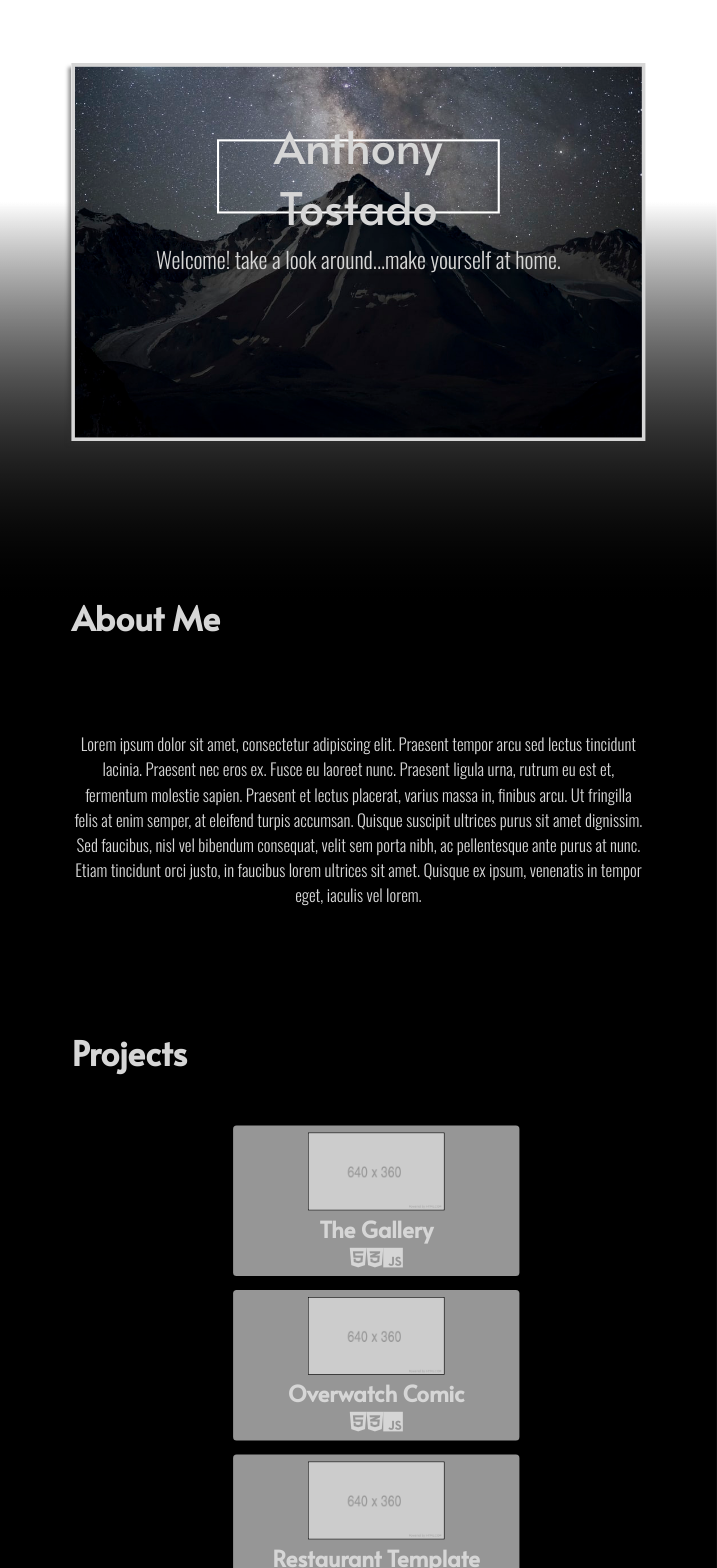
Repository: sloppytony/newport
Page: / (app in portfolio/)
The author's editor kept a copy of each file at every save. The page is drawn from the files as they stood at one save, then again after the next save.
The browser window is 1024 px wide. The pictures show the part of the page from y = 0 to 2240 px (the page is 2880 px tall before and 2755 px after), at 70% of full size.
Some web libraries are served in a nearby version. The project was rebuilt for these pictures with package versions that can differ from the ones it lists, and the page was loaded fresh each time. Also part of the build but not shown: portfolio/src/index.css.

Above is the page before, as saved 2020-08-23 19:55:28.

### portfolio/public/index.html
<!DOCTYPE html>
<html lang="en">
  <head>
    <meta charset="utf-8" />
    <link rel="icon" href="%PUBLIC_URL%/favicon.ico" />
    <meta name="viewport" content="width=device-width, initial-scale=1" />
    <meta name="theme-color" content="#000000" />
    <meta
      name="description"
      content="Web site created using create-react-app"
    />
    <link rel="apple-touch-icon" href="%PUBLIC_URL%/logo192.png" />
    <!--
      manifest.json provides metadata used when your web app is installed on a
      user's mobile device or desktop. See https://developers.google.com/web/fundamentals/web-app-manifest/
    -->
    <link rel="manifest" href="%PUBLIC_URL%/manifest.json" />
    <!--
      Notice the use of %PUBLIC_URL% in the tags above.
      It will be replaced with the URL of the `public` folder during the build.
      Only files inside the `public` folder can be referenced from the HTML.

      Unlike "/favicon.ico" or "favicon.ico", "%PUBLIC_URL%/favicon.ico" will
      work correctly both with client-side routing and a non-root public URL.
      Learn how to configure a non-root public URL by running `npm run build`.
    -->
    <link
      href="https://fonts.googleapis.com/css2?family=Alata&family=Oswald:wght@300&display=swap"
      rel="stylesheet"
    />
    <script
      src="https://kit.fontawesome.com/9a01f23326.js"
      crossorigin="anonymous"
    ></script>
    <title>React App</title>
  </head>
  <body>
    <noscript>You need to enable JavaScript to run this app.</noscript>
    <div id="root"></div>
    <!--
      This HTML file is a template.
      If you open it directly in the browser, you will see an empty page.

      You can add webfonts, meta tags, or analytics to this file.
      The build step will place the bundled scripts into the <body> tag.

      To begin the development, run `npm start` or `yarn start`.
      To create a production bundle, use `npm run build` or `yarn build`.
    -->
  </body>
</html>

### portfolio/src/App.js
import React from "react";

import "./App.css";

function App() {
  return (
    <body>
      <div className="section1">
        <div className="section1-container">
          <h1 className="mainTitle">Anthony Tostado</h1>
          <p className="mainPara">
            Welcome! take a look around...make yourself at home.
          </p>
          <h2 className="scroll">Scroll</h2>
        </div>
      </div>
      <div className="section2">
        <h1 className="title">About Me</h1>
        <p className="aboutPara">
          Lorem ipsum dolor sit amet, consectetur adipiscing elit. Praesent
          tempor arcu sed lectus tincidunt lacinia. Praesent nec eros ex. Fusce
          eu laoreet nunc. Praesent ligula urna, rutrum eu est et, fermentum
          molestie sapien. Praesent et lectus placerat, varius massa in, finibus
          arcu. Ut fringilla felis at enim semper, at eleifend turpis accumsan.
          Quisque suscipit ultrices purus sit amet dignissim. Sed faucibus, nisl
          vel bibendum consequat, velit sem porta nibh, ac pellentesque ante
          purus at nunc. Etiam tincidunt orci justo, in faucibus lorem ultrices
          sit amet. Quisque ex ipsum, venenatis in tempor eget, iaculis vel
          lorem.{" "}
        </p>
      </div>
      <div className="section3">
        <h1 className="projectTitle">Projects</h1>
        <div className="projectContent">
          <div className="card1">
            <img
              className="cardImage"
              src={require("../src/img/640x360.png")}
            ></img>
            <h1 className="cardTitle">The Gallery</h1>
            <div className="icons">
              <i className="fab fa-html5 fa-2x"></i>
              <i className="fab fa-css3-alt fa-2x"></i>
              <i className="fab fa-js fa-2x"></i>
            </div>
          </div>
          <div className="card2">
            <img
              className="cardImage"
              src={require("../src/img/640x360.png")}
            ></img>
            <h1 className="cardTitle">Overwatch Comic</h1>
            <div className="icons">
              <i className="fab fa-html5 fa-2x"></i>
              <i className="fab fa-css3-alt fa-2x"></i>
              <i className="fab fa-js fa-2x"></i>
            </div>
          </div>
          <div className="card3">
            <img
              className="cardImage"
              src={require("../src/img/640x360.png")}
            ></img>
            <h1 className="cardTitle">Restaurant Template</h1>
            <div className="icons">
              <i className="fab fa-html5 fa-2x"></i>
              <i className="fab fa-css3-alt fa-2x"></i>
              <i className="fab fa-js fa-2x"></i>
            </div>
          </div>
        </div>
      </div>
      <div className="section4">
        <h1 className="contactTitle">Contact</h1>
        <div className="contactIcons">
          <i className="fas fa-envelope fa-3x">
            <h1 className="contact">anthonywebdev@protonmail.com</h1>
          </i>
          <i className="fab fa-github fa-3x">
            <h1 className="contact">Github</h1>
          </i>
        </div>
      </div>
    </body>
  );
}

export default App;

### portfolio/src/App.css
* {
  margin: 0;
  padding: 0;
  box-sizing: border-box;
}

body {
  background: linear-gradient(
    180deg,
    rgba(0, 0, 0, 0) 10%,
    rgba(0, 0, 0, 1) 30%
  );

  height: 400vh;
  width: 100%;
}

.image {
  width: 100%;
  height: 100%;
}

/*opening page*/
.section1 {
  height: 100vh;
  width: 100%;
  display: flex;
  justify-content: center;
  align-items: center;
  flex-direction: column;
}

div.section1-container {
  width: 80%;
  height: 75vh;
  background: url("./img/mountainspace.jfif");
  background-size: cover;
  background-position: bottom;
  display: flex;
  justify-content: center;
  align-items: center;
  flex-direction: column;
  box-shadow: -5px 5px 5px rgba(44, 44, 44, 0.5);
  border: 5px solid rgb(214, 214, 214);
}

.mainTitle {
  font-family: "Alata", sans-serif;
  font-weight: 100;
  font-size: 400%;
  display: flex;
  justify-content: center;
  align-items: center;
  text-align: center;
  color: rgb(214, 214, 214);

  animation: fadeIn 1.5s;
  border: 3px solid white;
  width: 50%;
  height: 20%;
}

.mainPara {
  font-family: "Oswald", sans-serif;
  font-size: 200%;
  display: flex;
  align-items: center;
  text-align: center;
  color: rgb(214, 214, 214);
  padding: 5%;
  text-shadow: -5px 5px 5px rgba(44, 44, 44, 0.5);
  animation: fadeIn 1.5s;
}

.scroll {
  font-family: "Oswald", sans-serif;
  font-size: 300%;
  padding-bottom: 2%;
  animation: pulse 2.5s infinite;
  color: rgb(214, 214, 214);
}

/*about*/
.section2 {
  height: 90vh;
  width: 100%;
  overflow: hidden;
  display: flex;
  align-items: center;
  justify-content: center;
  flex-direction: column;
  margin-bottom: 10%;
}

.title {
  height: 20vh;
  width: 80%;

  font-family: "Alata", sans-serif;
  font-size: 300%;
  color: rgb(214, 214, 214);
}

.projectTitle {
  height: 20vh;
  width: 80%;
  margin-top: 10%;
  font-family: "Alata", sans-serif;
  font-size: 300%;
  color: rgb(214, 214, 214);
}

.contactTitle {
  height: 20vh;
  width: 80%;
  margin-top: 10%;
  font-family: "Alata", sans-serif;
  font-size: 300%;
  color: rgb(214, 214, 214);
}

p.aboutPara {
  width: 80%;
  height: 20vh;
  text-align: center;
  margin: 5%;
  font-size: 150%;
  font-family: "Oswald", sans-serif;
  color: rgb(214, 214, 214);
}

/*projects*/
.section3 {
  height: 100vh;
  width: 100%;

  color: rgb(16, 130, 230);
  display: flex;
  justify-content: center;
  align-items: center;
  flex-direction: column;
}

div.projectContent {
  width: 100%;
  height: 99vh;
  display: flex;
  align-items: center;
  justify-content: center;
  flex-direction: column;
  margin-top: 5%;
}

div.card1 {
  height: 50%;
  width: 40%;
  display: flex;
  justify-content: center;
  align-items: center;
  flex-direction: column;
  background: rgb(214, 214, 214, 0.7);
  border-radius: 5px 5px 5px;
  margin-left: 5%;
  padding: 1%;
  margin-top: 2%;
}

div.card2 {
  height: 50%;
  width: 40%;
  display: flex;
  justify-content: center;
  align-items: center;
  flex-direction: column;
  background: rgb(214, 214, 214, 0.7);
  border-radius: 5px 5px 5px;
  margin-left: 5%;
  padding: 1%;
  margin-top: 2%;
}

div.card3 {
  height: 50%;
  width: 40%;
  display: flex;
  justify-content: center;
  align-items: center;
  flex-direction: column;
  background: rgb(214, 214, 214, 0.7);
  border-radius: 5px 5px 5px;
  margin-left: 5%;
  padding: 1%;
  margin-top: 2%;
}

img.cardImage {
  width: 50%;
  border: 1px solid black;
}

h1.cardTitle {
  margin: 1%;
  font-size: 300;
  font-family: "Alata", sans-serif;
  color: rgb(214, 214, 214);
}

/*contact*/
div.section4 {
  height: vh;
  width: 75%;

  margin-top: 20%;
  margin-left: 6%;
}

div.contactIcons {
  height: 30vh;
  display: flex;
  justify-content: space-around;
  align-items: baseline;
  flex-direction: column;
  padding-left: 5%;
  color: rgb(214, 214, 214);
}

.contact {
  font-family: "Oswald", sans-serif;
  font-size: 100%;
}

i {
  color: rgb(214, 214, 214);
}

@media only screen and (max-width: 1025px) {
  .contact {
  }

  .contact {
    font-size: 50%;
  }
}

@keyframes fadeIn {
  from {
    opacity: 0;
  }
  to {
    opacity: 1;
  }
}

@keyframes pulse {
  0% {
    opacity: 0;
  }

  50% {
    opacity: 1;
  }
  100% {
    opacity: 0;
  }
}

Loaded but not shown: portfolio/src/index.js (common file); portfolio/src/serviceWorker.js (common file)

After the next save:
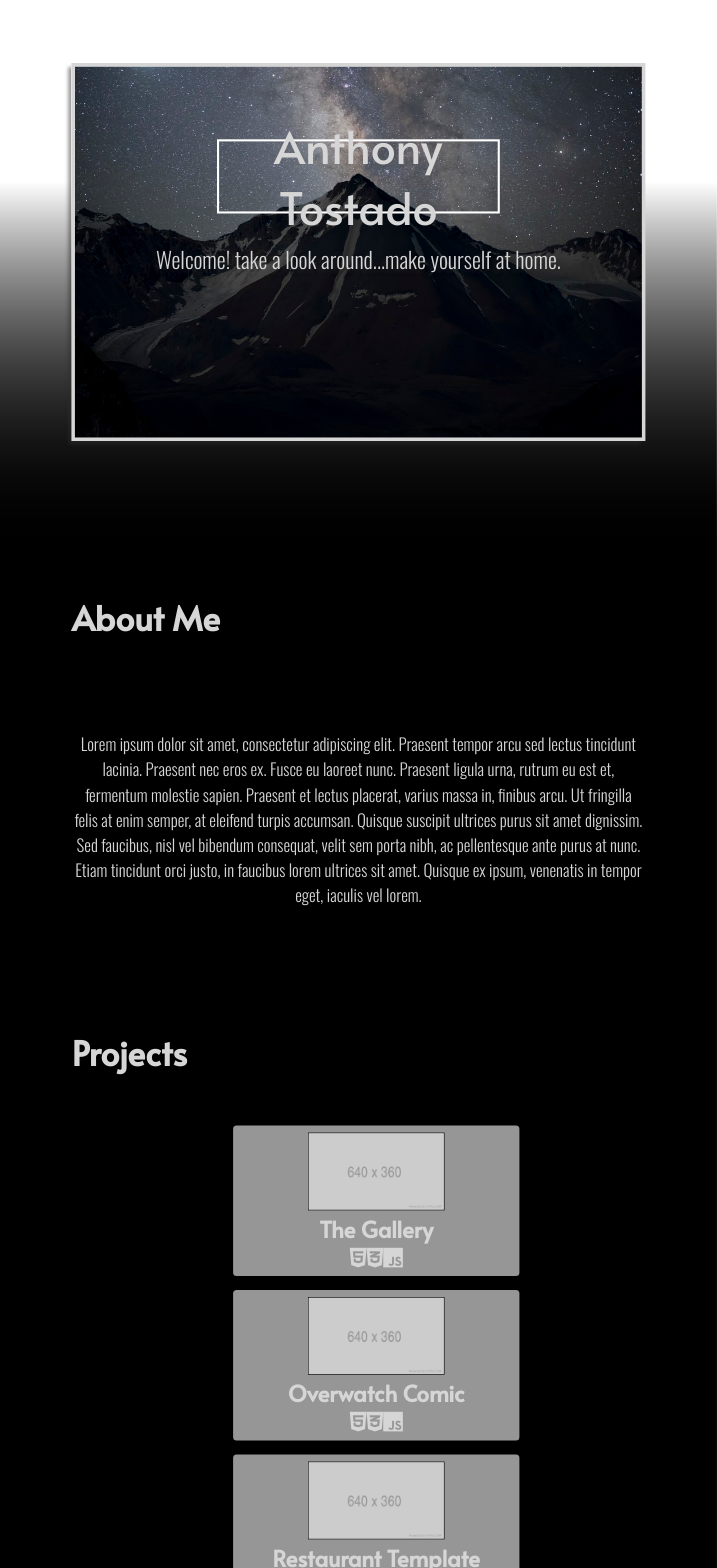
Saved 51 s later.
--- a/portfolio/src/App.css
+++ b/portfolio/src/App.css
@@ -234,7 +234,8 @@ i {
 }
 
 @media only screen and (max-width: 1025px) {
-  .contact {
+  body {
+    height: 360vh;
   }
 
   .contact {
